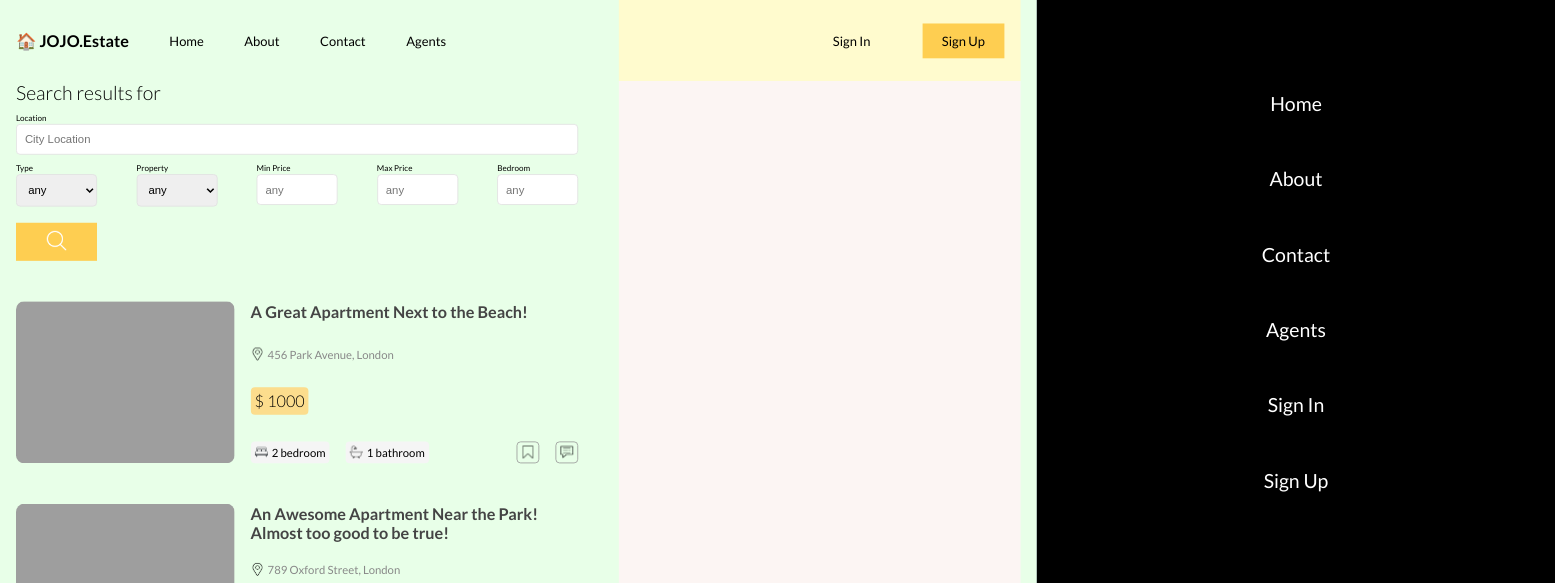
Repository: AiTrinh303/JOJO-estate
Page: /list
The author's editor kept a copy of each file at every save. The page is drawn from the files as they stood at one save, then again after the next save.
The browser window is 1280 px wide. The page is 1920 px wide, so the pictures cover 1920 px, including what lies to the right of the window. The pictures show the whole page, at 81% of full size.
Pictures or frames that could not be fetched are drawn as grey boxes. The page's requests for data from a server got no answer. An inner scrolling area shows only its first screen. The project was rebuilt for these pictures with package versions that can differ from the ones it lists, and the page was loaded fresh each time. No one was signed in, and anything a server would have sent is missing. Also part of the build but not shown: vite.config.js, src/components/searchBar/searchBar.scss, src/components/searchBar/SearchBar.jsx, src/routes/homePage/homePage.scss, src/routes/homePage/homePage.jsx, src/components/map/map.scss, src/components/pin/pin.scss, src/components/pin/Pin.jsx and 19 more. Imported but missing from the stored project, and not drawn on this page: src/components/uploadWidget/UploadWidget.

Above is the page before, as saved 2024-08-06 23:01:34.

### index.html
<!DOCTYPE html>
<html lang="en">
  <head>
    <meta charset="UTF-8" />
    <link rel="icon" type="image/svg+xml" href="/logo.png" />
    <meta name="viewport" content="width=device-width, initial-scale=1.0" />
    <title>🏠JOJO Estate App</title>
    <meta name="description" content="Buy, Sell and Rent Properties" />
    <link
      href="https://fonts.googleapis.com/css2?family=Lato:ital,wght@0,100;0,300;0,400;0,700;0,900;1,100;1,300;1,400;1,700;1,900&display=swap"
      rel="stylesheet"
    />
  </head>
  <body>
    <div id="root"></div>
    <script type="module" src="/src/main.jsx"></script>
  </body>
</html>

### src/App.jsx
import HomePage from "./routes/homePage/homePage";
import { createBrowserRouter, RouterProvider } from "react-router-dom";
import ListPage from "./routes/listPage/listPage";
import { Layout, RequireAuth } from "./routes/layout/layout";
import SinglePage from "./routes/singlePage/singlePage";
import ProfilePage from "./routes/profilePage/profilePage";
import Login from "./routes/login/login";
import Register from "./routes/register/register";
import ProfileUpdatePage from "./routes/profileUpdatePage/profileUpdatePage";
import NewPostPage from "./routes/newPostPage/newPostPage";
import { listPageLoader, profilePageLoader, singlePageLoader } from "./lib/loaders";

function App() {
  const router = createBrowserRouter([
    {
      path: "/",
      element: <Layout />,
      children: [
        {
          path: "/",
          element: <HomePage />,
        },
        {
          path: "/list",
          element: <ListPage />,
          loader: listPageLoader,
        },
        {
          path: "/:id",
          element: <SinglePage />,
          loader: singlePageLoader,
        },
        {
          path: "/login",
          element: <Login />,
        },
        {
          path: "/register",
          element: <Register />,
        },
      ],
    },
    {
      path: "/",
      element: <RequireAuth />,
      children: [
        {
          path: "/profile",
          element: <ProfilePage />,
          loader: profilePageLoader
        },
        {
          path: "/profile/update",
          element: <ProfileUpdatePage />,
        },
        {
          path: "/add",
          element: <NewPostPage />,
        },
      ],
    },
  ]);

  return <RouterProvider router={router} />;
}

export default App;

### src/index.scss
*{
  padding: 0;
  margin: 0;
  box-sizing: border-box;
}

a {
  text-decoration: none;
  color: inherit;
}

body{
  font-family: "Lato", sans-serif;
  overflow: hidden;
  background-color: #bdcbee;

}

### src/routes/listPage/listPage.jsx
import {listData} from "../../lib/dummydata";//
import "./listPage.scss";
import Filter from "../../components/filter/Filter";
import Card from "../../components/card/Card";
import Map from "../../components/map/Map";
import { Await, useLoaderData } from "react-router-dom";
import { Suspense } from "react";

function ListPage() {
  // const data = useLoaderData();
  const data = listData;

  return (
    <div className="listPage">
      <div className="listContainer">
        <div className="wrapper">
          <Filter />
          {data.map(item => (
            <Card key={item.id} item={item} />
          ))}
          {/* <Suspense fallback={<p>Loading...</p>}>
            <Await
              resolve={data.postResponse}
              errorElement={<p>Error loading posts!</p>}
            >
              {(postResponse) =>
                postResponse.data.map((post) => (
                  <Card key={post.id} item={post} />
                ))
              }
            </Await>
          </Suspense> */}
        </div>
      </div>
      <div className="mapContainer">
        {/* <Suspense fallback={<p>Loading...</p>}>
          <Await
            resolve={data.postResponse}
            errorElement={<p>Error loading posts!</p>}
          >
            {(postResponse) => <Map items={postResponse.data} />}
          </Await>
        </Suspense> */}
      </div>
    </div>
  );
}

export default ListPage;

### src/routes/layout/layout.jsx
import "./layout.scss";
import Navbar from "../../components/navbar/Navbar";
import { Navigate, Outlet } from "react-router-dom";
import { useContext } from "react";
import { AuthContext } from "../../context/AuthContext";

function Layout() {
  return (
    <div className="layout">
      <div className="navbar">
        <Navbar />
      </div>
      <div className="content">
        <Outlet />
      </div>
    </div>
  );
}

function RequireAuth() {
  const { currentUser } = useContext(AuthContext);

  if (!currentUser) return <Navigate to="/login" />;
  else {
    return (
      <div className="layout">
        <div className="navbar">
          <Navbar />
        </div>
        <div className="content">
          <Outlet />
        </div>
      </div>
    );
  }
}

export { Layout, RequireAuth };

### src/components/filter/Filter.jsx
import { useState } from "react";
import "./filter.scss";
import { useSearchParams } from "react-router-dom";

function Filter() {
  const [searchParams, setSearchParams] = useSearchParams();
  const [query, setQuery] = useState({
    type: searchParams.get("type") || "",
    city: searchParams.get("city") || "",
    property: searchParams.get("property") || "",
    minPrice: searchParams.get("minPrice") || "",
    maxPrice: searchParams.get("maxPrice") || "",
    bedroom: searchParams.get("bedroom") || "",
  });

  const handleChange = (e) => {
    setQuery({
      ...query,
      [e.target.name]: e.target.value,
    });
  };

  const handleFilter = () => {
    setSearchParams(query);
  };

  return (
    <div className="filter">
      <h1>
        Search results for <b>{searchParams.get("city")}</b>
      </h1>
      <div className="top">
        <div className="item">
          <label htmlFor="city">Location</label>
          <input
            type="text"
            id="city"
            name="city"
            placeholder="City Location"
            onChange={handleChange}
            defaultValue={query.city}
          />
        </div>
      </div>
      <div className="bottom">
        <div className="item">
          <label htmlFor="type">Type</label>
          <select
            name="type"
            id="type"
            onChange={handleChange}
            defaultValue={query.type}
          >
            <option value="">any</option>
            <option value="buy">Buy</option>
            <option value="rent">Rent</option>
          </select>
        </div>
        <div className="item">
          <label htmlFor="property">Property</label>
          <select
            name="property"
            id="property"
            onChange={handleChange}
            defaultValue={query.property}
          >
            <option value="">any</option>
            <option value="apartment">Apartment</option>
            <option value="house">House</option>
            <option value="condo">Condo</option>
            <option value="land">Land</option>
          </select>
        </div>
        <div className="item">
          <label htmlFor="minPrice">Min Price</label>
          <input
            type="number"
            id="minPrice"
            name="minPrice"
            placeholder="any"
            onChange={handleChange}
            defaultValue={query.minPrice}
          />
        </div>
        <div className="item">
          <label htmlFor="maxPrice">Max Price</label>
          <input
            type="text"
            id="maxPrice"
            name="maxPrice"
            placeholder="any"
            onChange={handleChange}
            defaultValue={query.maxPrice}
          />
        </div>
        <div className="item">
          <label htmlFor="bedroom">Bedroom</label>
          <input
            type="text"
            id="bedroom"
            name="bedroom"
            placeholder="any"
            onChange={handleChange}
            defaultValue={query.bedroom}
          />
        </div>
        <button onClick={handleFilter}>
          <img src="/search.png" alt="" />
        </button>
      </div>
    </div>
  );
}

export default Filter;

### src/components/card/Card.jsx
import { Link } from "react-router-dom";
import "./card.scss";

function Card({ item }) {
  return (
    <div className="card">
      <Link to={`/${item.id}`} className="imageContainer">
        <img src={item.images[0]} alt="" />
      </Link>
      <div className="textContainer">
        <h2 className="title">
          <Link to={`/${item.id}`}>{item.title}</Link>
        </h2>
        <p className="address">
          <img src="/pin.png" alt="" />
          <span>{item.address}</span>
        </p>
        <p className="price">$ {item.price}</p>
        <div className="bottom">
          <div className="features">
            <div className="feature">
              <img src="/bed.png" alt="" />
              <span>{item.bedroom} bedroom</span>
            </div>
            <div className="feature">
              <img src="/bath.png" alt="" />
              <span>{item.bathroom} bathroom</span>
            </div>
          </div>
          <div className="icons">
            <div className="icon">
              <img src="/save.png" alt="" />
            </div>
            <div className="icon">
              <img src="/chat.png" alt="" />
            </div>
          </div>
        </div>
      </div>
      {/* <Link to={`/${item.id}`} className="imageContainer">
        <img src={item.images[0]} alt="" />
      </Link>
      <div className="textContainer">
        <h2 className="title">
          <Link to={`/${item.id}`}>{item.title}</Link>
        </h2>
        <p className="address">
          <img src="/pin.png" alt="" />
          <span>{item.address}</span>
        </p>
        <p className="price">$ {item.price}</p>
        <div className="bottom">
          <div className="features">
            <div className="feature">
              <img src="/bed.png" alt="" />
              <span>{item.bedroom} bedroom</span>
            </div>
            <div className="feature">
              <img src="/bath.png" alt="" />
              <span>{item.bathroom} bathroom</span>
            </div>
          </div>
          <div className="icons">
            <div className="icon">
              <img src="/save.png" alt="" />
            </div>
            <div className="icon">
              <img src="/chat.png" alt="" />
            </div>
          </div>
        </div>
      </div> */}
    </div>
  );
}

export default Card;

### src/routes/layout/layout.scss
@import "../../responsive.scss";

.layout {
  height: 100vh;
  max-width: 1366px;
  margin-left: auto;
  margin-right: auto;
  padding-left: 20px;
  padding-right: 20px;
  background: rgb(232, 255, 232);

  @include lg {
    max-width: 1280px;
  }

  @include md {
    max-width: 768px;
  }

  @include sm {
    max-width: 640px;
  }

  .content {
    // flex: 1;
    height: calc(100vh - 100px);
  }
}

### src/components/navbar/Navbar.jsx
import { useContext, useState } from "react";
import "./navbar.scss";
import { Link } from "react-router-dom";
import { AuthContext } from "../../context/AuthContext";
import { useNotificationStore } from "../../lib/notificationStore";

function Navbar() {
  const [open, setOpen] = useState(false);

  const { currentUser } = useContext(AuthContext);

  const fetch = useNotificationStore((state) => state.fetch);
  const number = useNotificationStore((state) => state.number);

  if(currentUser) fetch();

  return (
    <nav>
      <div className="left">
        <a href="/" className="logo">
          <span>🏠 JOJO.Estate</span>
        </a>
        <a href="/">Home</a>
        <a href="/">About</a>
        <a href="/">Contact</a>
        <a href="/">Agents</a>
      </div>

      <div className="right">
        <a href="/">Sign In</a>
        <a href="/" className="register">Sign Up</a>
        <div className="menuIcon">
          <img
            src="/menu.png"
            alt="menu"
            onClick={() => setOpen((prev) => !prev)}/>
        </div>
        <div className={open ? "menu active" : "menu"}>
          <a href="/">Home</a>
          <a href="/">About</a>
          <a href="/">Contact</a>
          <a href="/">Agents</a>
          <a href="/">Sign In</a>
          <a href="/">Sign Up</a>
        </div>
        {/* {currentUser ? (
          <div className="user">
            <img src={currentUser.avatar || "/noavatar.jpg"} alt="" />
            <span>{currentUser.username}</span>
            <Link to="/profile" className="profile">
              {number > 0 && <div className="notification">{number}</div>}
              <span>Profile</span>
            </Link>
          </div>
        ) : (
          <>
            <a href="/login">Sign in</a>
            <a href="/register" className="register">
              Sign up
            </a>
          </>
        )}
        <div className="menuIcon">
          <img
            src="/menu.png"
            alt=""
            onClick={() => setOpen((prev) => !prev)}
          />
        </div>
        <div className={open ? "menu active" : "menu"}>
          <a href="/">Home</a>
          <a href="/">About</a>
          <a href="/">Contact</a>
          <a href="/">Agents</a>
          <a href="/">Sign in</a>
          <a href="/">Sign up</a>
        </div> */}
      </div>
    </nav>
  );
}

export default Navbar;

### src/responsive.scss
@mixin sm {
  @media (max-width: 738px) {
    @content;
  }
};

@mixin md {
  @media (max-width: 1024px) {
    @content;
  }
};

@mixin lg {
  @media (max-width: 1366px) {
    @content;
  }
};

### src/components/filter/filter.scss
.filter {
  display: flex;
  flex-direction: column;
  gap: 10px;

  h1 {
    font-weight: 300;
    font-size: 24px;
  }

  .item {
    display: flex;
    flex-direction: column;
    gap: 2px;

    label {
      font-size: 10px;
    }

    input,
    select {
      width: 100px;
      padding: 10px;
      border: 1px solid #e0e0e0;
      border-radius: 5px;
      font-size: 14px;
    }
  }

  .top {
    input {
      width: 100%;
    }
  }

  .bottom {
    display: flex;
    justify-content: space-between;
    flex-wrap: wrap;
    gap: 20px;

    button {
      width: 100px;
      padding: 10px;
      border: none;
      cursor: pointer;
      background-color: #fece51;

      img {
        width: 24px;
        height: 24px;
      }
    }
  }
}

### src/components/card/card.scss
@import "../../responsive.scss";

.card {
  display: flex;
  gap: 20px;

  .imageContainer {
    flex: 2;
    height: 200px;

    @include md {
      display: none;
    }

    img {
      width: 100%;
      height: 100%;
      // object-fit: cover;
      border-radius: 10px;
    }
  }
  .textContainer {
    flex: 3;
    display: flex;
    flex-direction: column;
    justify-content: space-between;
    gap: 10px;

    img {
      width: 16px;
      height: 16px;
    }

    .title {
      font-size: 20px;
      font-weight: 600;
      color: #444;
      transition: all 0.4s ease;

      &:hover {
        color: #000;
        scale: 1.01;
      }
    }

    .address {
      font-size: 14px;
      display: flex;
      align-items: center;
      gap: 5px;
      color: #888;
    }

    .price {
      font-size: 20px;
      font-weight: 300;
      padding: 5px;
      border-radius: 5px;
      background-color: rgba(253, 219, 133, 0.92);
      width: max-content;
    }

    .bottom {
      display: flex;
      justify-content: space-between;
      gap: 10px;

      .features {
        display: flex;
        gap: 20px;
        font-size: 14px;

        .feature {
          display: flex;
          align-items: center;
          gap: 5px;
          background-color: whitesmoke;
          padding: 5px;
          border-radius: 5px;
        }
      }

      .icons {
        display: flex;
        gap: 20px;

        .icon {
          border: 1px solid #999;
          padding: 2px 5px;
          border-radius: 5px;
          cursor: pointer;
          display: flex;
          align-items: center;
          justify-content: center;

          &:hover {
            background-color: rgba(253, 219, 133, 0.92);
          }
        }
      }
    }
  }
}

### src/components/navbar/navbar.scss
@import "../../responsive.scss";

nav {
  height: 100px;
  display: flex;
  justify-content: space-between;
  align-items: center;

  a {
    transition: all 0.4s ease;

    @include sm {
      display: none;
    }

    &:hover {
      scale: 1.08;
    }
  }

  .left {
    flex: 3;
    display: flex;
    align-items: center;
    gap: 50px;

    .logo {
      font-weight: bold;
      font-size: 20px;
      display: flex;
      align-items: center;
      gap: 3px;

      span {
        @include md {
          display: none;
        }

        @include sm {
          display: initial;
        }
      }
    }
  }
  .right {
    flex: 2;
    display: flex;
    align-items: center;
    justify-content: flex-end;
    background-color: #fffbce;
    ;
    height: 100%;

    @include md {
      background-color: transparent;
    }

    a {
      padding: 12px 24px;
      margin: 20px;
    }

    .user{
      display: flex;
      align-items: center;
      font-weight: bold;

      img{
        width: 40px;
        height: 40px;
        border-radius: 50%;
        object-fit: cover;
        margin-right: 20px;
      }

      span{
        @include sm{
          display: none;
        }
      }

      .profile{
        padding: 12px 24px;
        background-color: #fece51;
        cursor: pointer;
        border: none;
        position: relative;

        .notification{
          position: absolute;
          top: -8px;
          right: -8px;
          background-color: red;
          color: white;
          border-radius: 50%;
          width: 26px;
          height: 26px;
          display: flex;
          align-items: center;
          justify-content: center;
        }

      }
    }

    .register {
      background-color: #fece51;
    }

    .menuIcon {
      display: none;
      z-index: 999;

      img {
        width: 36px;
        height: 36px;
        cursor: pointer;
      }

      @include sm {
        display: inline;
      }
    }

    .menu {
      position: absolute;
      top: 0;
      right: -50%;
      background-color: black;
      color: white;
      height: 100vh;
      width: 50%;
      transition: all 1s ease;
      display: flex;
      flex-direction: column;
      align-items: center;
      justify-content: center;
      font-size: 24px;

      &.active {
        right: 0;
      }

      @include sm {
        a {
          display: initial;
        }
      }
    }
  }
}

Loaded but not shown: src/main.jsx (common file); src/context/AuthContext.jsx (common file); src/context/SocketContext.jsx (common file); src/lib/loaders.js (common file); src/lib/dummydata.js (library); src/routes/listPage/listPage.scss (common file); src/lib/apiRequest.js (common file); src/lib/notificationStore.js (common file)

After the next save:
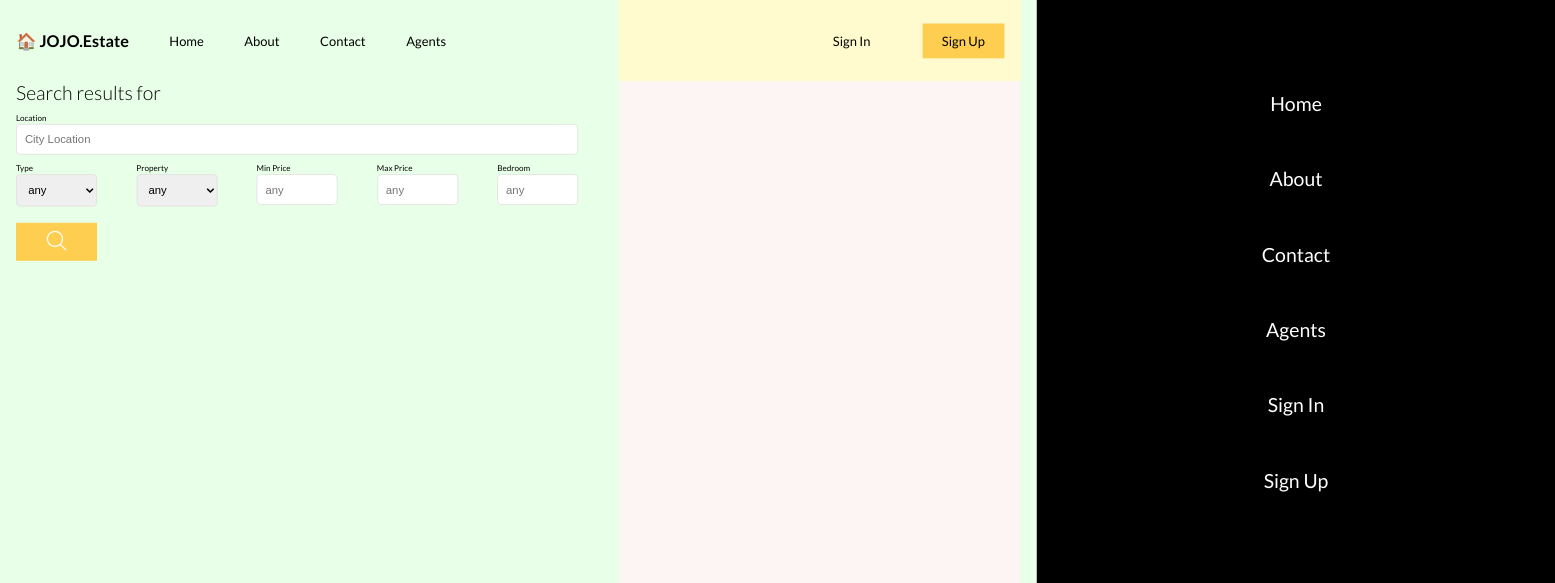
Saved 3 min 46 s later.
--- a/src/components/card/Card.jsx
+++ b/src/components/card/Card.jsx
@@ -4,7 +4,7 @@ import "./card.scss";
 function Card({ item }) {
   return (
     <div className="card">
-      <Link to={`/${item.id}`} className="imageContainer">
+      {/* <Link to={`/${item.id}`} className="imageContainer">
         <img src={item.images[0]} alt="" />
       </Link>
       <div className="textContainer">
@@ -36,7 +36,7 @@ function Card({ item }) {
             </div>
           </div>
         </div>
-      </div>
+      </div> */}
       {/* <Link to={`/${item.id}`} className="imageContainer">
         <img src={item.images[0]} alt="" />
       </Link>

After the save that followed:
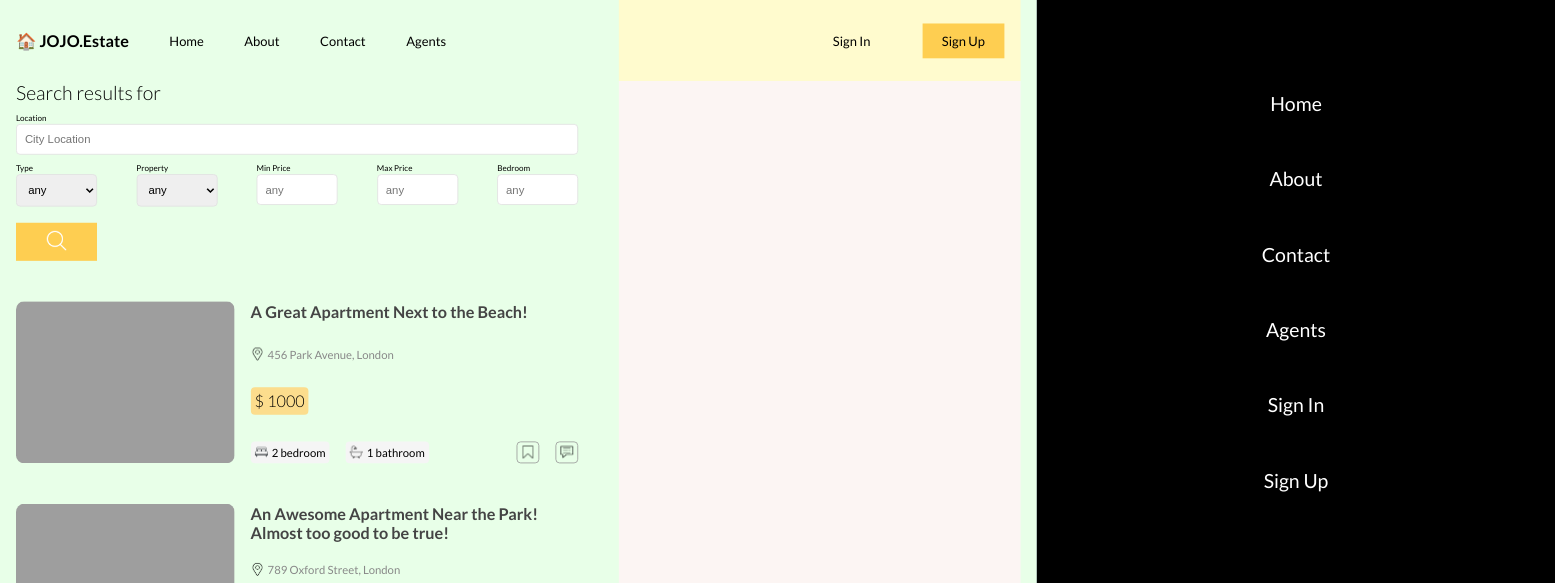
Saved 8 s later.
--- a/src/components/card/Card.jsx
+++ b/src/components/card/Card.jsx
@@ -37,7 +37,7 @@ function Card({ item }) {
           </div>
         </div>
       </div> */}
-      {/* <Link to={`/${item.id}`} className="imageContainer">
+      <Link to={`/${item.id}`} className="imageContainer">
         <img src={item.images[0]} alt="" />
       </Link>
       <div className="textContainer">
@@ -69,7 +69,7 @@ function Card({ item }) {
             </div>
           </div>
         </div>
-      </div> */}
+      </div>
     </div>
   );
 }
